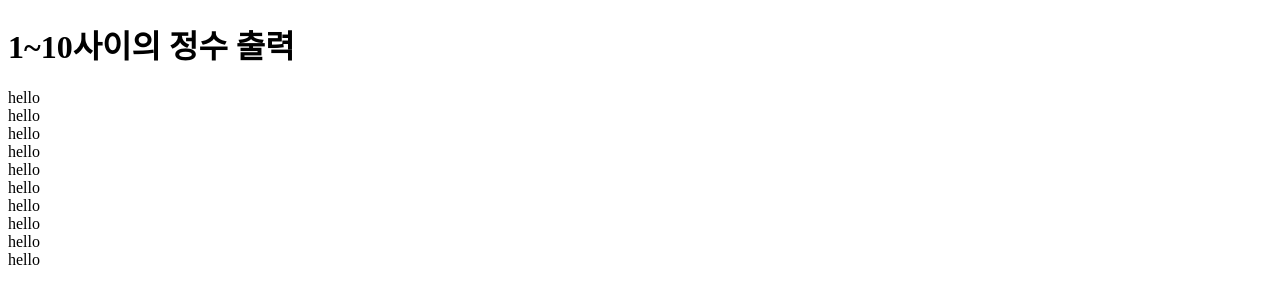
Repository: skim24245/web_workspace_src
Page: http://localhost/Lecture-Web/jsp/basic/exam02.jsp
These files come from the project's save history. The page is drawn as it stood at one moment and after the next save; the edit follows.
The browser window is 1280 px wide. The pictures show the whole page.
The page is served by Tomcat 9. Other server files are loaded and not shown.

Above is the page before, as saved 2022-06-02 06:06:22.

### Lecture-Web/src/main/webapp/jsp/basic/exam02.jsp
<%@ page language="java" contentType="text/html; charset=UTF-8"
    pageEncoding="UTF-8"%>
<!DOCTYPE html>
<html>
<head>
<meta charset="UTF-8">
<title>Insert title here</title>
</head>
<body>
<h1>1~10사이의 정수 출력</h1>
<%
for(int i = 1; i <=10 ; i++) {
%>

	hello<br>
<%
	}
%>
</body>
</html>

After the next save:
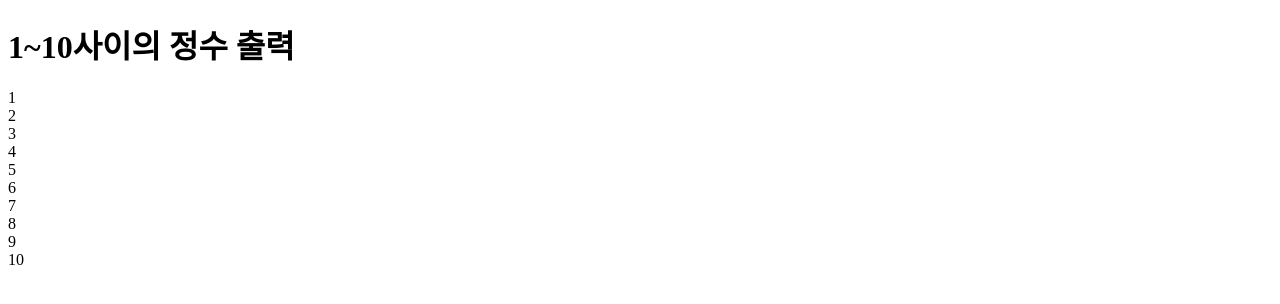
Saved 2 min 46 s later.
--- a/Lecture-Web/src/main/webapp/jsp/basic/exam02.jsp
+++ b/Lecture-Web/src/main/webapp/jsp/basic/exam02.jsp
@@ -12,7 +12,9 @@
 for(int i = 1; i <=10 ; i++) {
 %>
 
-	hello<br>
+	<%= i %><br>
+
+
 <%
 	}
 %>
